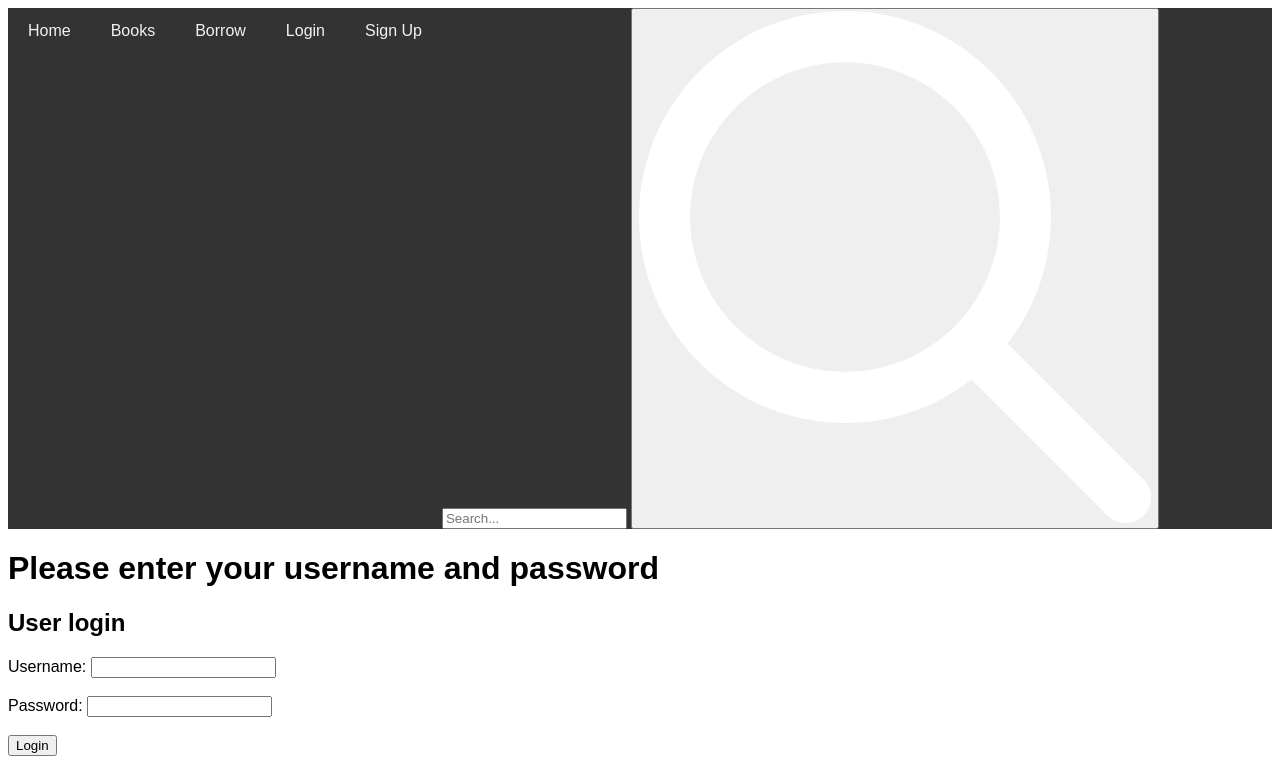
Repository: fadyesk12/Web-Technology-Course-Project
Page: auth/login.html
An editor plug-in stored every save of this project. The page is shown before and after a run of saves, followed by the edit.
The browser window is 1280 px wide. The pictures show the whole page.

Above is the page before, as saved 2024-04-19 02:44:19.

After the next 2 saves:
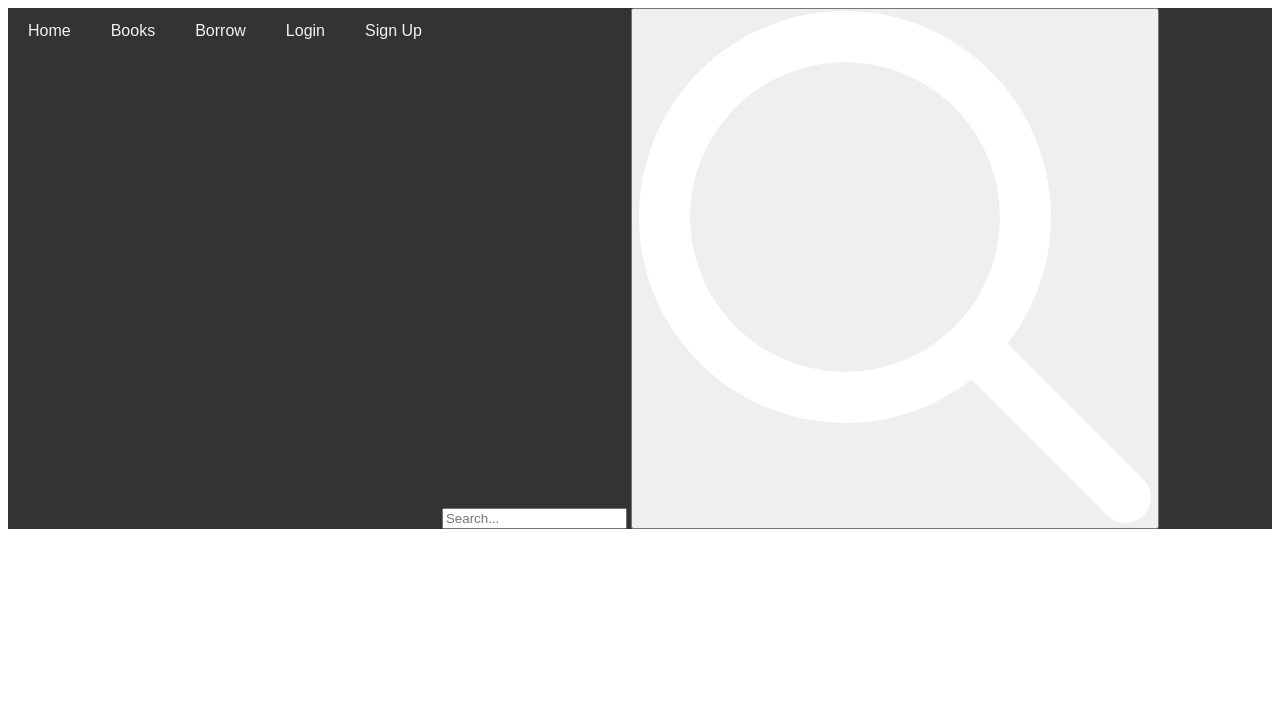
The 2 saves are shown as one change because they came seconds apart.
The last was saved 15 s later.
--- a/auth/login.html
+++ b/auth/login.html
@@ -39,18 +39,6 @@
             </div>
           </div>
 
-          <h1>Please enter your username and password</h1>
-          <h2>User login</h2>
-
-          <form>
-            <label for="username">Username:</label>
-            <input type="text" id = "username" name = "username" required> <br><br>
-            <label for="password">Password:</label>
-            <input type="password" id = "password" name = "password" required> <br><br>
-
-            <input type="submit" value="Login">
-
-          </form>
 
     </body>
 

After the 3 saves that followed:
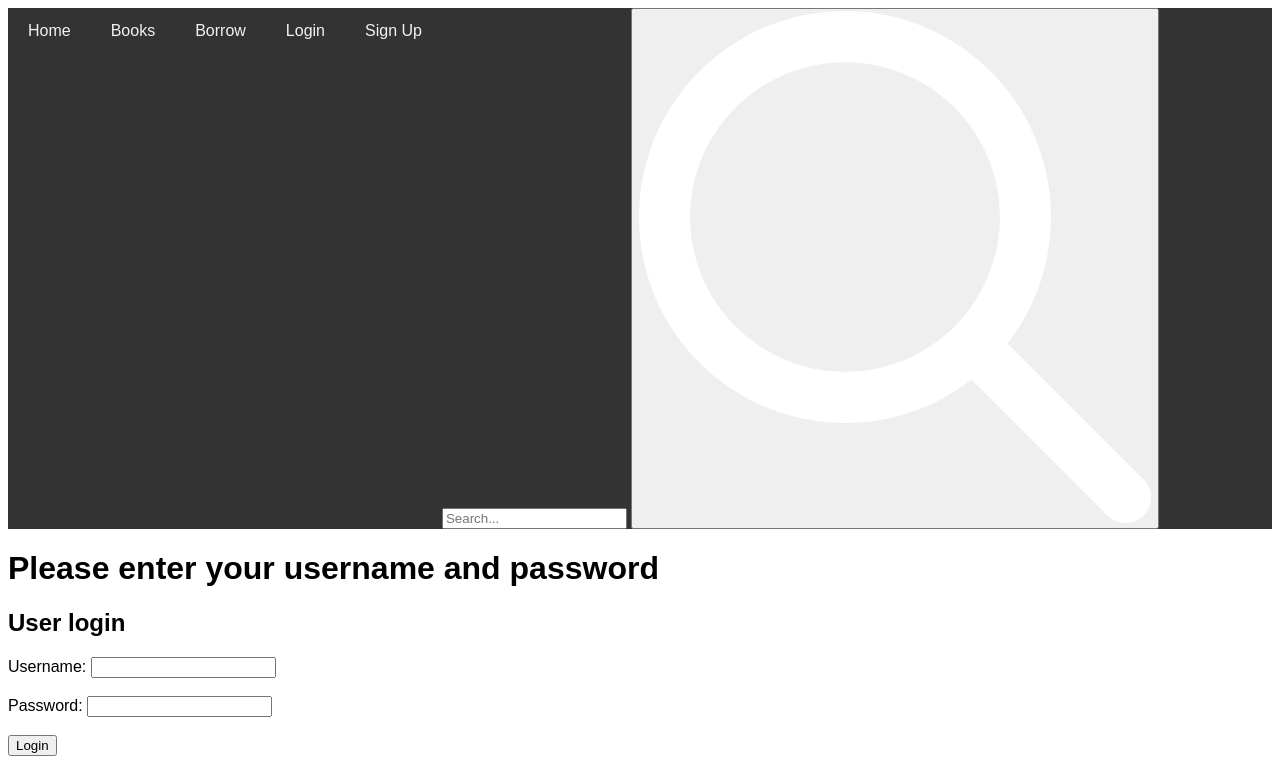
The 3 saves are shown as one change because 2 left the picture as it was.
The last was saved 13 s later.
--- a/auth/login.html
+++ b/auth/login.html
@@ -39,6 +39,20 @@
             </div>
           </div>
 
+          <div>
+            <h1>Please enter your username and password</h1>
+          <h2>User login</h2>
+
+          <form>
+            <label for="username">Username:</label>
+            <input type="text" id = "username" name = "username" required> <br><br>
+            <label for="password">Password:</label>
+            <input type="password" id = "password" name = "password" required> <br><br>
+
+            <input type="submit" value="Login">
+
+          </form>
+          </div>
 
     </body>
 
